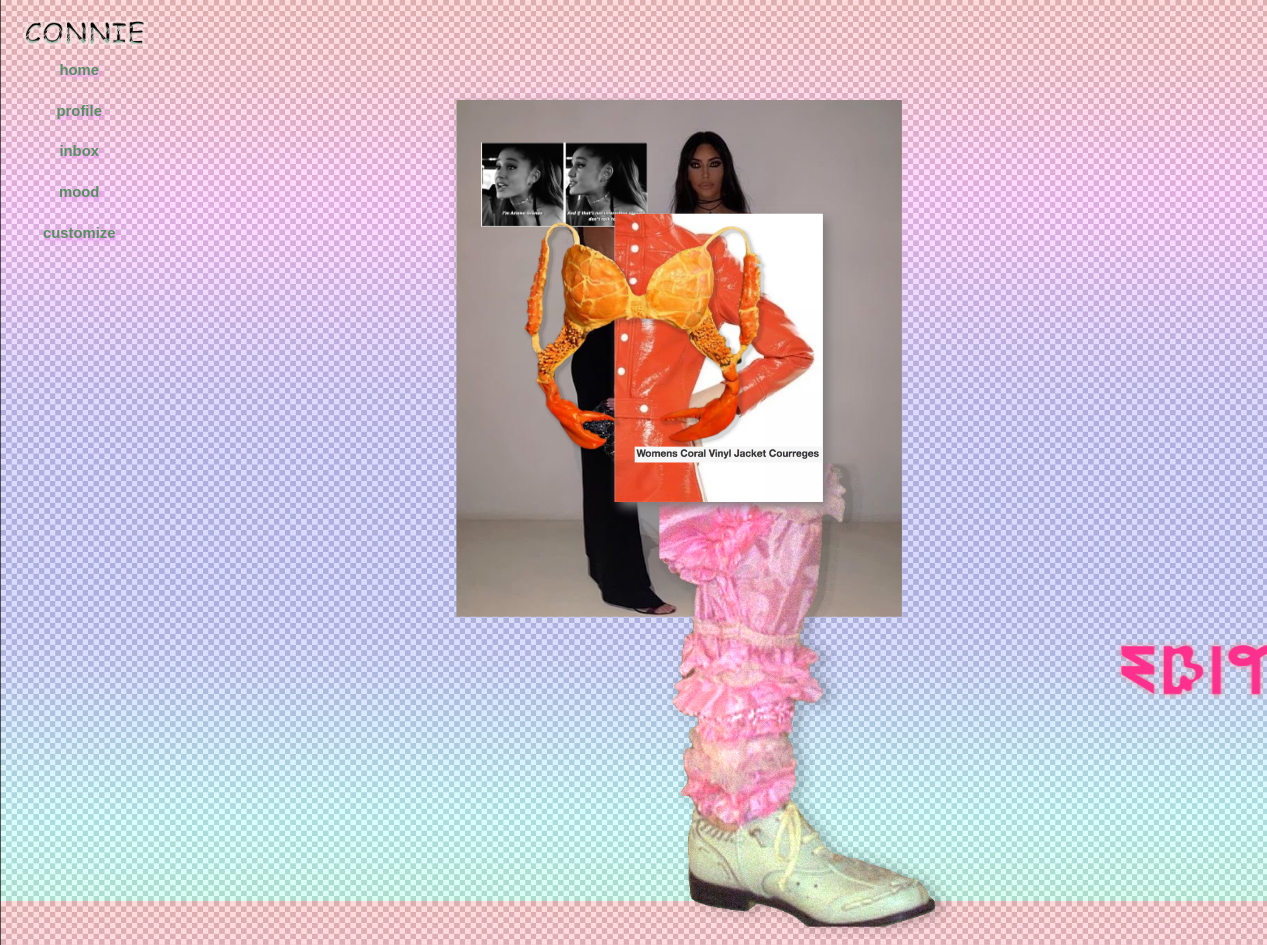
Repository: xuc009/xuc009.github.io
Page: track12/index.html
The author's editor kept a copy of each file at every save. The page is drawn from the files as they stood at one save, then again after the next save.
The browser window is 1280 px wide. The pictures show the whole page, at 99% of full size.
Some web fonts or font styles are not loaded; a fallback is used. Some web libraries are served in a nearby version.

Above is the page before, as saved 2018-12-08 16:53:08.

### track12/index.html
<!DOCTYPE html>
<html lang="en">
  <head>
    <title>Track 12</title>
    <link rel="shortcut icon" href="" />
    <meta charset="utf-8">
    <meta name="description" content="" />
    <meta property="og:image" content=""/>
    <meta name="viewport" content="width=device-width, initial-scale=1" />
    <script src="https://ajax.googleapis.com/ajax/libs/jquery/3.3.1/jquery.min.js"></script>
    <script src="https://www.w3schools.com/lib/w3.js"></script>
    <link href="assets/css/styles.css" media="all" rel="stylesheet" />
    <meta charset="utf-8" />
    <title>jQuery UI Draggable - Default functionality</title>
    <link rel="stylesheet" href="http://code.jquery.com/ui/1.9.2/themes/base/jquery-ui.css" />
    <script src="http://code.jquery.com/jquery-1.8.3.js"></script>
    <script src="http://code.jquery.com/ui/1.9.2/jquery-ui.js"></script>
    <link href="https://fonts.googleapis.com/css?family=Michroma" rel="stylesheet">
    <style>
    .draggable { width: 0px; height: 0px; padding: 0; }
    </style>
    <script>
    $(function() {
        $( ".draggable" ).draggable();
    });
    </script>

  </head>

  <body>

      <div class="dropdown">
          <button class="dropbtn"><img src="assets/img/conniemenu.gif" width="140px"></button>
          <div class="dropdown-content">
            <a href="#">home</a>
            <a href="#">profile</a>
            <a href="#">inbox</a>
            <a href="#">mood</a>
            <a href="#">customize</a>
          </div>
        </div>

      <div class="edit">
        <a href="https://xuc009.github.io/track11/index.html">
        <img src="assets/img/edit.png" width="300px">
        </a>
      </div>

    <div id="draggable1" class="ui-widget-content draggable tooltip">
        <span class="tooltiptext">id.png</span>
       <img src="assets/img/k.jpg" width="450px">
      </div>

      <div id="draggable2" class="ui-widget-content draggable tooltip">
          <span class="tooltiptext">↗ Aaliyah by me 🔗📹🤗🦋✨ ⬈</span>
        <a href="https://xuc009.github.io/track2/index.html" target="_blank">
          <img src="assets/img/ari.jpg" width="168px">
        </a>
      </div>

      <div id="draggable3" class="ui-widget-content draggable tooltip">
          <span class="tooltiptext">https://goo.gl/MuuDqj</span>
          <a href="https://goo.gl/MuuDqj" target="_blank">
          <img src="assets/img/foot1.png" width="300px">
          </a>
        </div>

     <div id="draggable4" class="ui-widget-content draggable four tooltip">
        <span class="tooltiptext">https://ebay.us/9TBpsq</span>
        <a href="https://ebay.us/9TBpsq" target="_blank">
            <img src="assets/img/torsoa1.png" width="210px">
        </a>
          </div>

      <div id="draggable5" class="ui-widget-content draggable five tooltip">
          <span class="tooltiptext">https://www.instagram.com/p/BoPapCyAAdp/</span>
          <a href="https://www.instagram.com/p/BoPapCyAAdp/" target="_blank">
          <img src="assets/img/bra1.png" width="250px">
          </a>
        </div>









      </div>
    </div>

  </body>
</html>

### track12/assets/css/styles.css
* { box-sizing: border-box; }

body{
	background-color: #ffffff;
	background-image: url('../img/background.png');
	background-size: 1500px;
	margin: 0 auto 0 auto;
	display: inline-block;
    font-size: 0px;
}

.tooltip {
    position: relative;
    display: inline-block;
    border-bottom: 1px dotted black;
}

.tooltip .tooltiptext {
    visibility: hidden;
    /* width: 120px; */
    background-color: #FF308D;
    color: #00E6FF;
    text-align: center;
    padding: 5px 10px;
    font-size:15px;
    font-family: Arial, Helvetica, sans-serif;
    font-weight: 400;

    /* Position the tooltip */
    position: fixed;
    z-index: 1;
    bottom: 0px;
    left:0 ;
}

.tooltip:hover .tooltiptext {
    visibility: visible;
}

a { cursor: move; }

.draggable{
    box-shadow: 5px 5px 10px #000000;
}

#draggable1{
    width: 190px;
    height: 187px;
    background: #fff;
    border: none;
    box-shadow: 5px 5px 10px #807d7d;
    cursor: move;
    position: absolute;
    top: 14%;
    left: 36%;
}


#draggable2 {
    /* width: 168px;
    height: 438.38px; */
    border: none;
    box-shadow: 5px 5px 10px #807d7d;
    position: absolute;
    top: 20%;
    left: 38%;
    cursor: move;
}


#draggable3 {
    width: 365px;
    border: none;
    position: absolute;
    top: 65%;
    left: 52%;
    cursor: move;
}



#draggable4{
    position: absolute;
    width: 210px;
    height: 291px;
    top: 30%;
    left: 48.5%;
    cursor: move;
    border: none;
    box-shadow: 5px 5px 10px #807d7d;

}

#draggable5{
    position: absolute;
    top: 31%;
    left: 41%;
    cursor: move;
    border: none;
}

.edit{
    position: fixed;
    bottom:0;
    left: 83%;
    cursor: pointer;
    transition: all 300ms;
}

.edit:hover{
    transform: translateX(3px) translateY(-3px);
    /* transform: scale(1.05); */
}

.dropbtn {
    background-color: Transparent;
    width: 140px;
    height: 26px;
    padding: 16px;
    font-size: 16px;
    border: none;
    outline: none;
}

.dropdown {
    position: relative;
    width: 140px;
    display: inline-block;
}

.dropdown-content {
    display: none;
    position: absolute;
    background-color: transparent;
    min-width: 160px;
    text-shadow: 2px 2px 5px #F48BFF;
    z-index: 1;
    font-size: 15px;
    text-align: center;
    font-family: Arial, Helvetica, sans-serif;
    font-weight: 600;
}

.dropdown-content a {
    color: #52935A;
    padding: 12px 16px;
    text-decoration: none;
    display: block;
}

.dropdown-content a:hover {text-shadow: 2px 2px 5px #54FAFF;}

.dropdown:hover .dropdown-content {display: block;}

.dropdown:hover .dropbtn {background-color: none;}

After the next save:
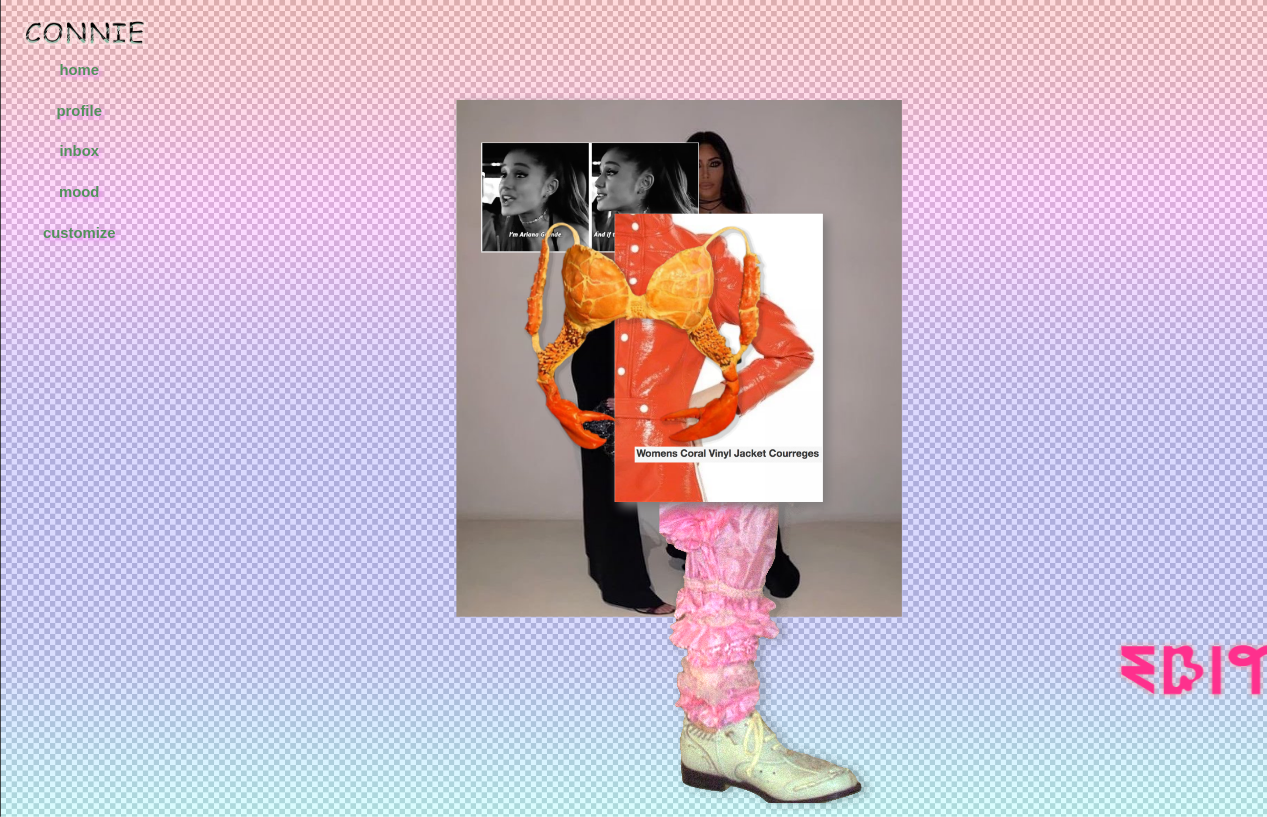
Saved 8 s later.
--- a/track12/index.html
+++ b/track12/index.html
@@ -54,14 +54,14 @@
       <div id="draggable2" class="ui-widget-content draggable tooltip">
           <span class="tooltiptext">↗ Aaliyah by me 🔗📹🤗🦋✨ ⬈</span>
         <a href="https://xuc009.github.io/track2/index.html" target="_blank">
-          <img src="assets/img/ari.jpg" width="168px">
+          <img src="assets/img/ari.jpg" width="220px">
         </a>
       </div>
 
       <div id="draggable3" class="ui-widget-content draggable tooltip">
           <span class="tooltiptext">https://goo.gl/MuuDqj</span>
           <a href="https://goo.gl/MuuDqj" target="_blank">
-          <img src="assets/img/foot1.png" width="300px">
+          <img src="assets/img/foot1.png" width="220px">
           </a>
         </div>
 
